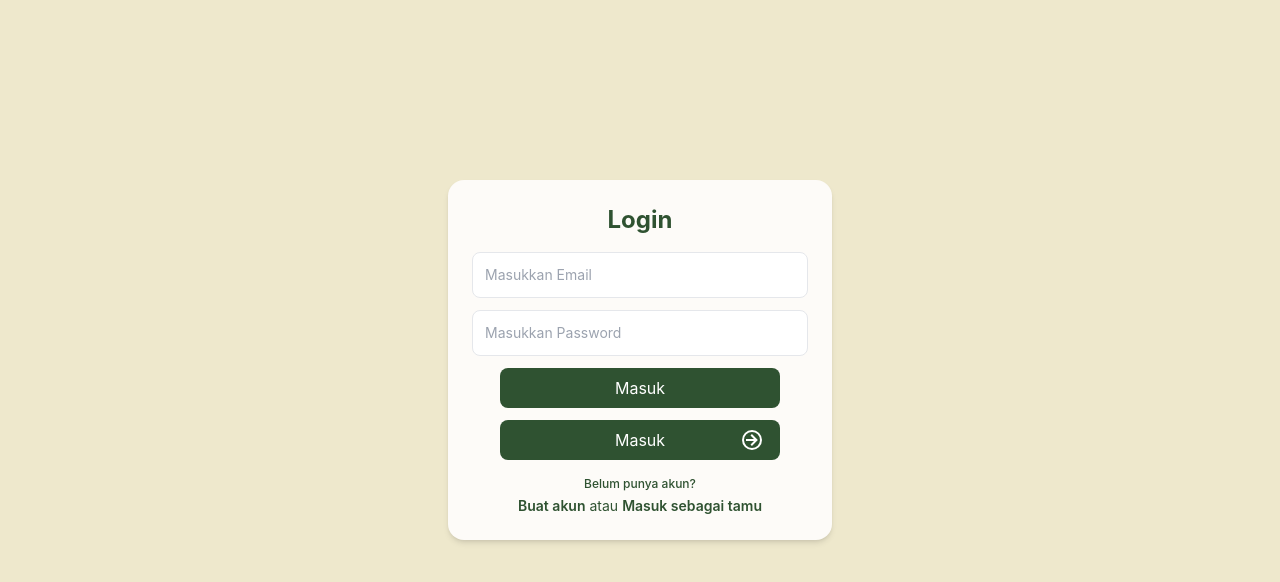
Repository: PajarAland/DiagramCoffee
Page: /login
The author's editor kept a copy of each file at every save. The page is drawn from the files as they stood at one save, then again after the next save.
The browser window is 1280 px wide. The pictures show the whole page.
The page's requests for data from a server got no answer. The project was rebuilt for these pictures with package versions that can differ from the ones it lists, and the page was loaded fresh each time. Some packages were replaced by stand-ins written for this rebuild. No one was signed in, and anything a server would have sent is missing. Also part of the build but not shown: vite.config.js, src/components/ui/NavBar.jsx, src/pages/Landing.jsx, src/pages/Register.jsx, src/pages/Home.jsx, src/auth/ProtectedRoute.jsx.

Above is the page before, as saved 2026-04-26 18:23:41.

### index.html
<!doctype html>
<html lang="en">
  <head>
    <meta charset="UTF-8" />
    <link rel="icon" type="image/svg+xml" href="/favicon.svg" />
    <meta name="viewport" content="width=device-width, initial-scale=1.0" />
    <title>diagramcoffee</title>
  </head>
  <body>
    <div id="root"></div>
    <script type="module" src="/src/main.jsx"></script>
  </body>
</html>

### src/index.css
@tailwind base;
@tailwind components;
@tailwind utilities;

body {
  @apply font-sans;
}

### src/App.jsx
import { BrowserRouter, Routes, Route } from "react-router-dom";
import Landing from "./pages/Landing";
import Login from "./pages/Login";
import Register from "./pages/Register";
import Home from "./pages/Home";
import ProtectedRoute from "./auth/ProtectedRoute";
import { AuthProvider } from "./context/AuthContext";

function App() {
  return (
    <AuthProvider>
      <BrowserRouter>
        <Routes>
          <Route path="/" element={<Landing />} />
          <Route path="/login" element={<Login />} />
          <Route path="/register" element={<Register />} />

          <Route
            path="/home"
            element={
              <ProtectedRoute>
                <Home />
              </ProtectedRoute>
            }
          />
        </Routes>
      </BrowserRouter>
    </AuthProvider>
  );
}

export default App;

### src/pages/Login.jsx
import { useState } from "react";
import { useNavigate, Link } from "react-router-dom";
import API from "../services/api";
import Swal from "sweetalert2";
import { useAuth } from "../context/AuthContext";
import Navbar from "../components/ui/NavBar.jsx";
import arrowIconWhite from "../assets/mdi--arrow-right-thin-circle-outline-white.svg";

function Login() {
    const navigate = useNavigate();
    const { login, refreshUser } = useAuth();
    const [email, setEmail] = useState("");
    const [password, setPassword] = useState("");

    const handleLogin = async (e) => {
        e.preventDefault();

        try {
            await API.get("/sanctum/csrf-cookie");

            const response = await API.post("/api/login", {
                email,
                password,
            });

            if (response.data.success) {
                login(response.data.data); //
                await refreshUser(); //
                navigate("/home");
            }

        } catch (error) {
            console.error(error);

            if (error.response?.data?.errors) {
                Swal.fire({
                    icon: "error",
                    title: "Validasi Gagal",
                    html: Object.values(error.response.data.errors).join("<br>"),
                });
            } else {
                Swal.fire({
                    icon: "error",
                    title: "Error",
                    text: error.response?.data?.message,
                });
            }
        }
    };

    return (
        <div className="min-h-screen bg-[#EEE8CC] flex items-center justify-center">
            <div className="bg-[#FDFBF8] w-full max-w-sm rounded-2xl p-6 shadow-md text-center">

                <h2 className="text-[#2F5231] font-bold text-2xl mb-4">
                    Login
                </h2>

                <form onSubmit={handleLogin} className="space-y-3">

                    <input
                        type="email"
                        placeholder="Masukkan Email"
                        value={email}
                        onChange={(e) => setEmail(e.target.value)}
                        className="w-full border rounded-lg px-3 py-3 text-sm outline-none"
                    />

                    <input
                        type="password"
                        placeholder="Masukkan Password"
                        value={password}
                        onChange={(e) => setPassword(e.target.value)}
                        className="w-full border rounded-lg px-3 py-3 text-sm outline-none"
                    />

                    <button
                        type="submit"
                        className="w-10/12 bg-[#2F5231] text-white py-2 rounded-lg mt-2"
                    >
                        Masuk
                    </button>

                    <button
  type="submit"
  className="w-10/12 mx-auto bg-[#2F5231] text-white py-2 rounded-lg relative flex items-center justify-center mt-2"
>
  <span className="text-center">Masuk</span>

  <img
    src={arrowIconWhite}
    alt="arrow"
    className="w-6 h-6 absolute right-4"
  />
</button>
                </form>

                <p className="text-xs text-[#2F5231] font-medium mt-4">
                    Belum punya akun?
                </p>

                <div className="text-sm text-[#2F5231] mt-1 flex items-center justify-center gap-1">
                    <Link to="/register" className="font-semibold hover:underline">
                        Buat akun
                    </Link>
                    <span>atau</span>
                    <Link to="/homeGuest" className="font-semibold hover:underline">
                        Masuk sebagai tamu
                    </Link>
                </div>
            </div>
        </div>
    );
}

export default Login;

### src/context/AuthContext.jsx
import { createContext, useContext, useEffect, useState } from "react";
import API from "../services/api";

const AuthContext = createContext();

export function AuthProvider({ children }) {
  const [user, setUser] = useState(null);
  const [initialized, setInitialized] = useState(false); // penting

  // ambil user sekali saat app start (background)
  const fetchUser = async () => {
    try {
      const res = await API.get("/api/user");
      setUser(res.data.data);
    } catch {
      setUser(null);
    } finally {
      setInitialized(true);
    }
  };

  useEffect(() => {
    fetchUser();
  }, []);

  const refreshUser = async () => {
  try {
    const res = await API.get("/api/user");
    setUser(res.data.data);
  } catch {
    setUser(null);
  } finally {
    setInitialized(true);
  }
};

  const login = (userData) => {
    setUser(userData);
  };

  const logout = async () => {
    await API.post("/api/logout");
    setUser(null);
  };

  return (
    <AuthContext.Provider
      value={{
        user,
        setUser,
        login,
        logout,
        initialized, // status auth selesai dicek
        refreshUser, // fungsi untuk refresh data user
      }}
    >
      {children}
    </AuthContext.Provider>
  );
}

export const useAuth = () => useContext(AuthContext);

### src/services/api.js
import axios from "axios";

const API = axios.create({
  baseURL: "http://localhost:8000",
  withCredentials: true,

  headers: {
    Accept: "application/json",
  },
});

// 🔥 INI YANG SELAMA INI KURANG
API.interceptors.request.use((config) => {
  const token = document.cookie
    .split("; ")
    .find(row => row.startsWith("XSRF-TOKEN="))
    ?.split("=")[1];

  if (token) {
    config.headers["X-XSRF-TOKEN"] = decodeURIComponent(token);
  }

  return config;
});

export default API;

### tailwind.config.js
/** @type {import('tailwindcss').Config} */
export default {
  content: [
    "./index.html",
    "./src/**/*.{js,jsx,ts,tsx}",
  ],
  theme: {
    fontFamily: {
      sans: ["Inter", "ui-sans-serif", "system-ui"],
    },
    extend: {},
  },
  plugins: [],
}

Loaded but not shown: src/main.jsx (common file)

After the next save:
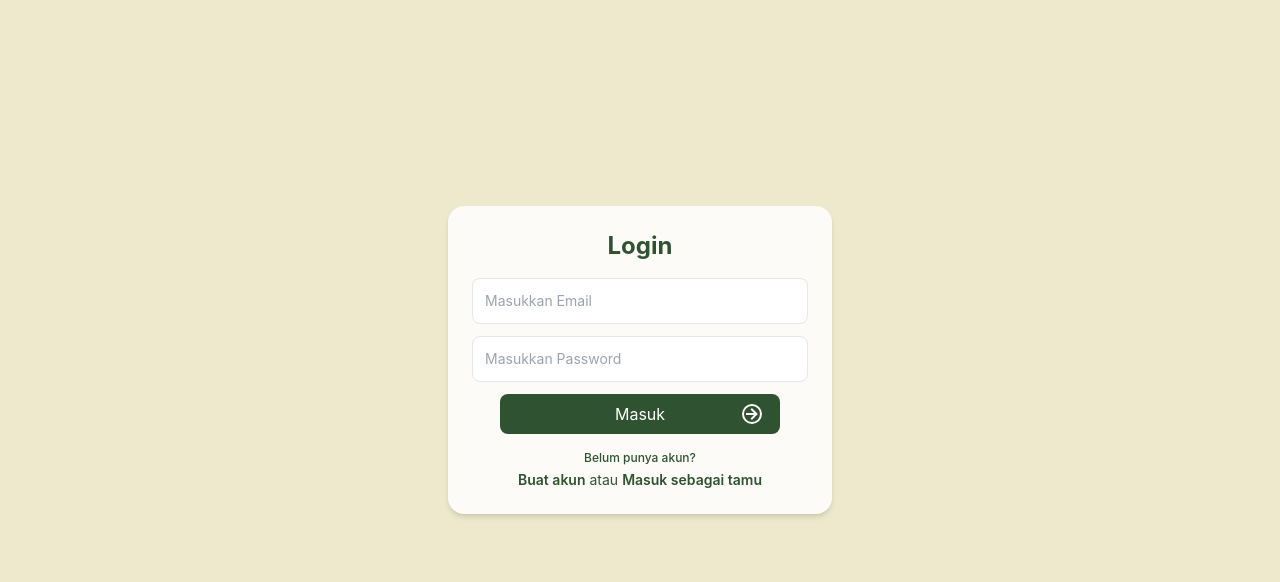
Saved 38 s later.
--- a/src/pages/Login.jsx
+++ b/src/pages/Login.jsx
@@ -74,25 +74,25 @@ function Login() {
                         className="w-full border rounded-lg px-3 py-3 text-sm outline-none"
                     />
 
-                    <button
+                    {/* <button
                         type="submit"
                         className="w-10/12 bg-[#2F5231] text-white py-2 rounded-lg mt-2"
                     >
                         Masuk
-                    </button>
+                    </button> */}
 
                     <button
-  type="submit"
-  className="w-10/12 mx-auto bg-[#2F5231] text-white py-2 rounded-lg relative flex items-center justify-center mt-2"
->
-  <span className="text-center">Masuk</span>
+                        type="submit"
+                        className="w-10/12 mx-auto bg-[#2F5231] text-white py-2 rounded-lg relative flex items-center justify-center mt-2"
+                        >
+                        <span className="text-center">Masuk</span>
 
-  <img
-    src={arrowIconWhite}
-    alt="arrow"
-    className="w-6 h-6 absolute right-4"
-  />
-</button>
+                        <img
+                            src={arrowIconWhite}
+                            alt="arrow"
+                            className="w-6 h-6 absolute right-4"
+                        />
+                    </button>
                 </form>
 
                 <p className="text-xs text-[#2F5231] font-medium mt-4">
